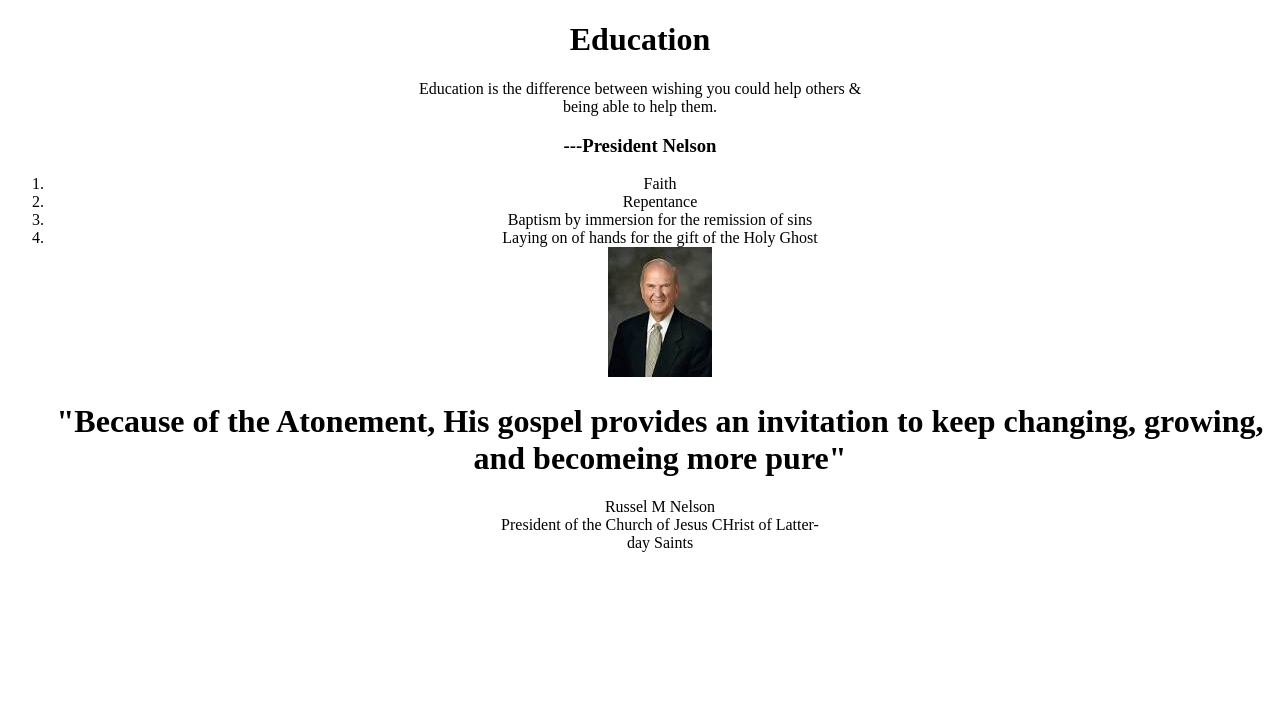
Repository: nak97/WDD-130
Page: ice challenge/index.html
These files come from the project's save history. The page is drawn as it stood at one moment and after the next save; the edit follows.
The browser window is 1280 px wide. The pictures show the whole page.

Above is the page before, as saved 2023-01-24 20:56:06.

After the next save:
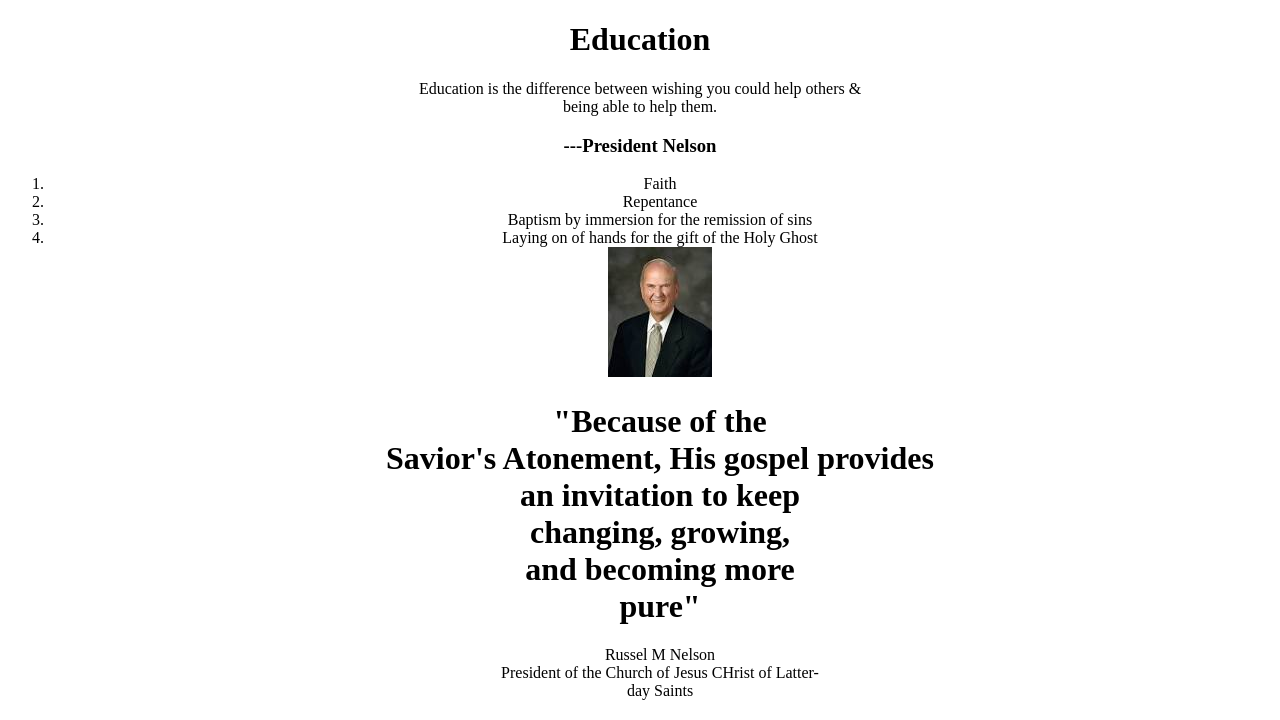
Saved 2 min 24 s later.
--- a/ice challenge/index.html
+++ b/ice challenge/index.html
@@ -21,7 +21,7 @@
     <li>Baptism by immersion for the remission of sins</li>
     <li>Laying on of hands for the gift of the Holy Ghost</li>
     <img src="data:[embedded picture, 3119 characters]" alt="Pres Nelly">
-<h1>"Because of the Atonement, His gospel provides an invitation to keep changing, growing, and becomeing more pure"</h1>
+<h1>"Because of the <br> Savior's Atonement, His gospel provides <br> an invitation to keep <br> changing, growing, <br> and becoming more <br> pure"</h1>
 <footer><p>Russel M Nelson <br>President of the Church of Jesus CHrist of Latter- <br> day Saints</p>
 </footer>
    </ol>
